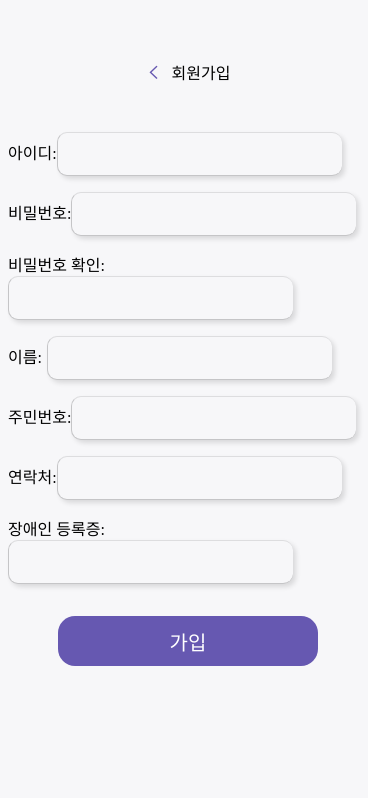
Repository: PEPI-dev/UI
Page: regist/regist.html
These files come from the project's save history. The page is drawn as it stood at one moment and after a run of saves; the edit follows.
The browser window is 360 px wide. The page is 368 px wide, so the pictures cover 368 px, including what lies to the right of the window. The pictures show the whole page.
Some web fonts or font styles are not loaded; a fallback is used.

Above is the page before, as saved 2023-12-04 17:46:44.

After the next 3 saves:
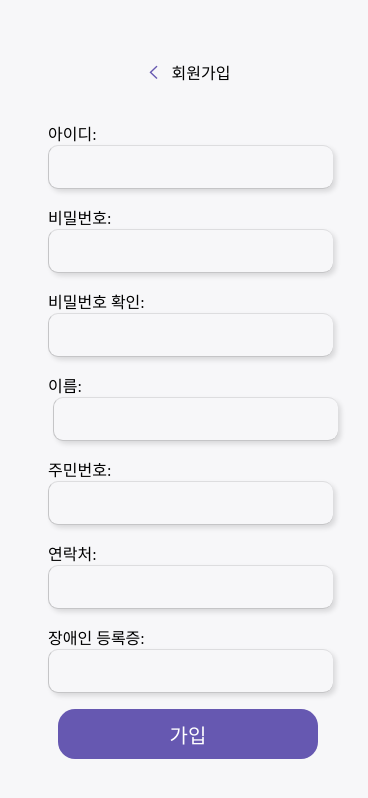
The 3 saves are shown as one change because they came seconds apart.
The last was saved 14 s later.
--- a/regist/regist.css
+++ b/regist/regist.css
@@ -83,7 +83,7 @@ body {
     }
 
     .input_ul{
-        padding: 0.1px;
+        margin-top: 10px;
     }
 
     .input_form{
